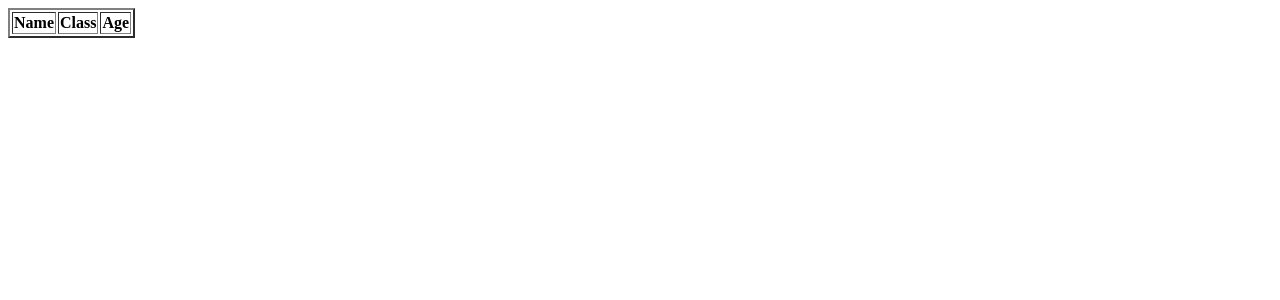
Repository: amit-prajapati8900/project
Page: http://localhost/home
An editor plug-in stored every save of this project. The page is shown before and after the next save, followed by the edit.
The browser window is 1280 px wide. The pictures show the whole page.
The page is served by the project's Node server (rendernig.js). Queries for data that is not in the repository find no rows.

Above is the page before, as saved 2026-01-25 18:31:03.

### views/show.ejs
<!DOCTYPE html>
<html lang="en">
<head>
    <meta charset="UTF-8">
    <meta name="viewport" content="width=device-width, initial-scale=1.0">
    <title>Document</title>
</head>
<body>
    <div>
<table border="2px">
    <tr>
        <th>Name</th>
        <th>Class</th>
        <th>Age</th>
    </tr>
        <% for(let data of alldata){ %>
    <tr>
        <td><%= data.name %></td>
        <td><%= data.class %></td>
        <td><%= data.age %></td>
    </tr>
        <% } %>
</table>

    </div>
</body>
</html>

### rendernig.js
const mongoose = require("mongoose");
const express = require("express");
// const Insert = require("./insertData");
// const mongoose = require("mongoose");
const app = express();
const path = require("path");
const Data = require("./data.js");
// const Data = require("./insertData");

app.set("view engine", "ejs");
app.set("views", path.join(__dirname, "views"));
app.use(express.static(path.join(__dirname,"views")));

main().then((res)=>{console.log("database is working")})
.catch((err)=>{console.log(err)});

async function main() {
   await mongoose.connect("mongodb://127.0.0.1:27017/jcc");
}
// Data.insertMany({
//    name:"amit",
//    class:"AXC",
//    age:23
// })
// .then(() => console.log("✅ Data inserted"))
//  .catch(err => console.error(err));
app.get("/home", async (req, res) => {
  console.log("everything is ok");
  const alldata = await Data.find();   // ✅ wait for data
  res.render("show.ejs",{alldata});                   // ✅ send actual documents
});

app.listen(2000,()=>{
   console.log("express is working");
});

### data.js
const mongoose = require("mongoose");
const dataSchema = new  mongoose.Schema({
    name:{
        type:String,
        required:true,
         },
         class:{
            type:String,
         },
         age:{
            type:Number
         },
})
const Data =  mongoose.model("Data",dataSchema);
module.exports = Data;

After the next save:
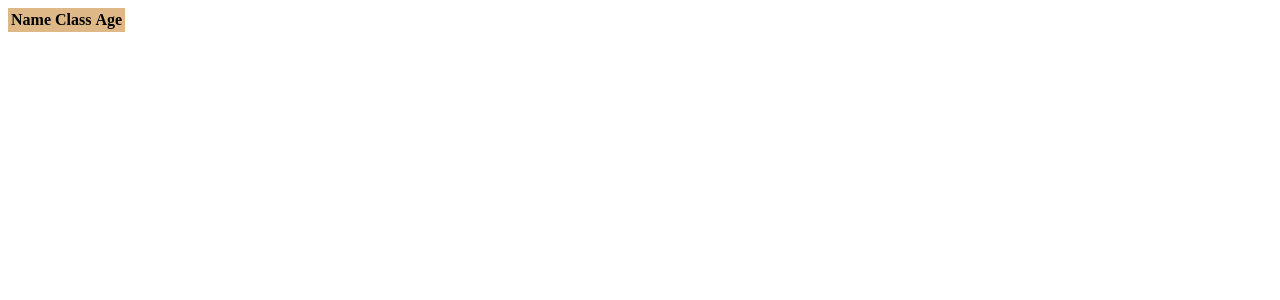
Saved 2 min 37 s later.
--- a/views/show.ejs
+++ b/views/show.ejs
@@ -7,7 +7,7 @@
 </head>
 <body>
     <div>
-<table border="2px">
+<table style="border: 2px; background-color: burlywood;">
     <tr>
         <th>Name</th>
         <th>Class</th>
